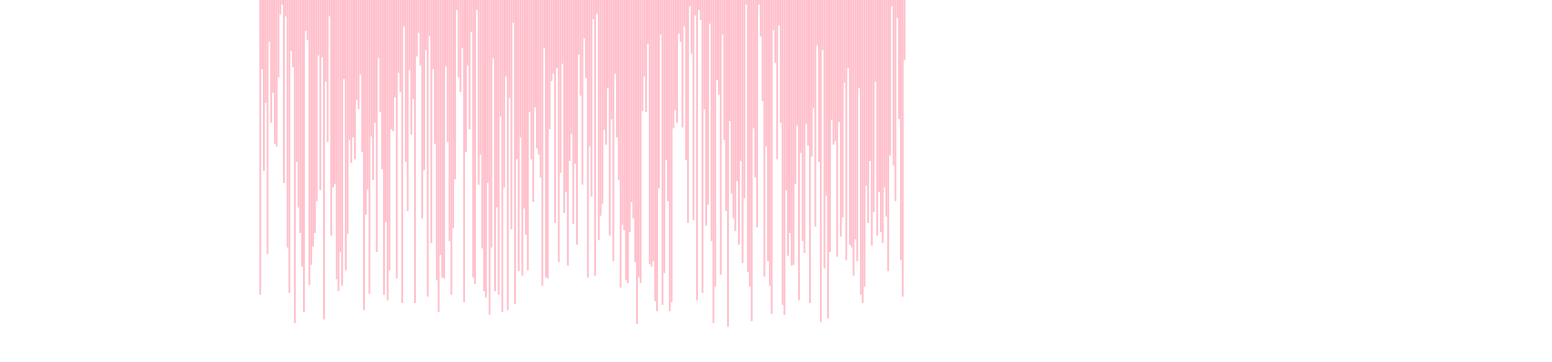
Repository: rehans-Life/sorting-visualizer
Page: /
An editor plug-in stored every save of this project. The page is shown before and after the next save, followed by the edit.
The browser window is 1280 px wide. The page is 1280 px wide, then 1705 px, so the pictures cover 1705 px, including what lies to the right of the window. The pictures show the whole page, at 91% of full size.
The project was rebuilt for these pictures with package versions that can differ from the ones it lists, and the page was loaded fresh each time. The framework's server and built-in components were replaced by stand-ins that run in the browser. Also part of the build but not shown: next.config.js.

Above is the page before, as saved 2023-03-17 17:17:59.

After the next save:
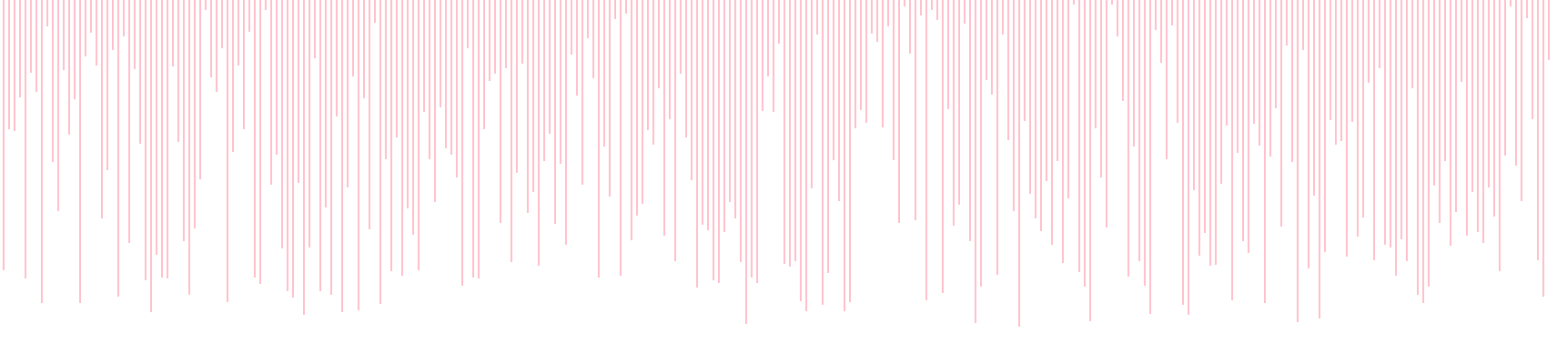
Saved 10 s later.
--- a/styles/Element.module.css
+++ b/styles/Element.module.css
@@ -1,4 +1,5 @@
 .element {
   width: 2px;
   background-color: pink;
+  margin: 0 2px;
 }
